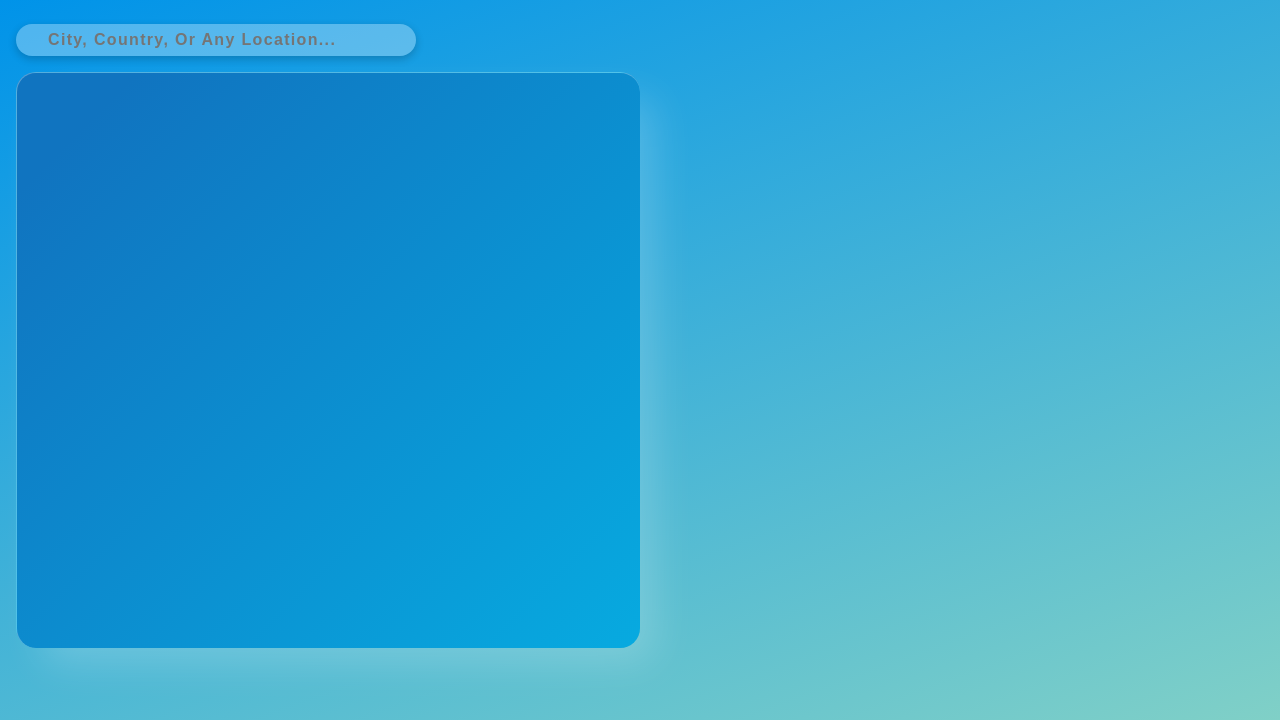
Repository: Haydenleung/weather-app-2024
Page: /
The author's editor kept a copy of each file at every save. The page is drawn from the files as they stood at one save, then again after the next save.
The browser window is 1280 px wide. The pictures show the whole page.
The project was rebuilt for these pictures with package versions that can differ from the ones it lists, and the page was loaded fresh each time. The framework's server and built-in components were replaced by stand-ins that run in the browser. Also part of the build but not shown: next.config.mjs.

Above is the page before, as saved 2024-02-09 09:27:51.

### src/pages/index.tsx
import Image from "next/image";
import { useState } from 'react';
import { parseString } from 'xml2js';

import Container from "@/components/Container";

export default function Home() {

  const [location, setLocation] = useState();

  var apiKey = "1166e5ad9804e768305a6f5ad6b1e21c"
  // var cityName = "london"
  var currentUrl = `https://api.openweathermap.org/data/2.5/weather?q=${location}&units=metric&appid=${apiKey}`;
  var currentUrlXML = `https://api.openweathermap.org/data/2.5/weather?q=${location}&mode=xml&appid=${apiKey}`;
  var forecasrUrl = `https://api.openweathermap.org/data/2.5/forecast?q=${location}&units=metric&appid=${apiKey}`;

  const [data, setData] = useState<IWeatherProps[]>([]);
  const [date, setDate] = useState<IDateProps[]>([]);
  const [fData, setFData] = useState<IForecastProps[]>([]);


  const GrabInfo = async () => {
    try {
      await fetch(currentUrl)
        .then((res) => {
          if (!res.ok) {
            throw new Error('404 Error');
          }
          return res.json();
        })
        .then((data) => {
          console.log([data]);
          setData([data]);
        });

      await fetch(currentUrlXML)
        .then((res) => {
          if (!res.ok) {
            throw new Error('404 Error');
          }
          return res.text();
        })
        .then((date) => {
          parseString(date, (err: any, result: any) => {
            if (err) {
              throw new Error('404 Error');
            }
            console.log([result]);
            setDate([result]);
          });
        });
      await fetch(forecasrUrl)
        .then((res) => {
          if (!res.ok) {
            throw new Error('404 Error');
          }
          return res.json()
        })
        .then((fData) => {
          console.log([fData]);
          setFData([fData]);
        })
    } catch (error) {
      setData([])
      setDate([])
      setFData([])
    }
  };

  const handleChange = (event: any) => {
    setLocation(event.target.value);
  };

  const onFormSubmit = (e: any) => {
    e.preventDefault();
    GrabInfo()
  }

  return (
    <main className={"container"} >
      <form onSubmit={onFormSubmit} className={"searchForm"}>
        <input type="text" onChange={handleChange} value={location} className={"search"} placeholder={"City, country, or any location..."} />
        <button type="submit" className={"button"} />
      </form>
      <Container data={data} date={date} fData={fData} location={location} />
    </main >
  );
}

### src/styles/globals.css
* {
  font-family: Arial, Helvetica, sans-serif;
  color: white;
}

*,
*:before,
*:after {
  box-sizing: border-box;
}

.container {
  background: #e0e9f0;
  width: 100%;
  height: 100%;
  position: absolute;
  top: 0;
  left: 0;
  padding: 0.5rem 0rem;
  display: flex;
  flex-direction: column;
  background-color: #0093E9;
  background-image: linear-gradient(160deg, #0093E9 0%, #80D0C7 100%);
}

.button {
  display: none;
}

.searchForm {
  width: 20rem;
  padding: 1rem 1rem 0 1rem;
}

.search {
  height: 2rem;
  min-width: 25rem;
  border-radius: 99rem;
  border: none;
  padding: 0.3rem 2rem;
  font-size: 12pt;
  font-weight: 600;
  letter-spacing: 1pt;
  box-shadow: 0px 3px 8px rgba(0, 0, 0, 0.2);
  color: rgb(137, 137, 137);
  text-transform: capitalize;
  outline: none;
  background: rgba(255, 255, 255, 0.3);
}

.search:hover {
  transform: translateY(-1px);
}

.weatherContainer {
  flex-grow: 1;
  padding: 1rem;
  display: flex;
  flex-direction: row;
  gap: 1rem;
}

.today {
  display: flex;
  flex-direction: column;
  width: 50%;
  justify-content: center;
  align-items: center;
  background: rgba(255, 255, 255, 0.3);
  padding: 3rem;
  border-radius: 20px;
  border-left: 1px solid rgba(255, 255, 255, 0.3);
  border-top: 1px solid rgba(255, 255, 255, 0.3);
  backdrop-filter: blur(10px);
  box-shadow: 20px 20px 40px -6px rgba(255, 255, 255, 0.2);
  text-align: center;
  position: relative;
  transition: all 0.2s ease-in-out;
  height: 80vh;
  background-image: linear-gradient(135deg, #1074c0 10%, #07aae0 100%);
}

.temp {
  font-size: 92pt;
  font-weight: 800;
  /* color: white */
}

.main {
  font-size: 32pt;
  font-weight: 600;
  /* color: white; */

}

.subToday {
  display: flex;
  flex-direction: column;
  justify-content: center;
  align-items: center;
}

.forecast {
  display: flex;
  flex-direction: column;
  width: 50%;
  justify-content: center;
  align-items: center;
  border-radius: 20px;
  text-align: center;
  position: relative;
  transition: all 0.2s ease-in-out;
  height: 80vh;
  min-height: 15rem;
  gap: 1rem;
  /* background-color: red; */
}

.subForecast {
  display: flex;
  flex-direction: row;
  width: 100%;
  background: rgba(255, 255, 255, 0.3);
  border-radius: 20px;
  border-left: 1px solid rgba(255, 255, 255, 0.3);
  border-top: 1px solid rgba(255, 255, 255, 0.3);
  backdrop-filter: blur(10px);
  box-shadow: 20px 20px 40px -6px rgba(0, 0, 0, 0.2);
  text-align: center;
  position: relative;
  transition: all 0.2s ease-in-out;
  flex-grow: 1;
}

### src/components/Container/index.tsx

import { useState, useEffect } from 'react';

export default function Container(
    props: { data: IWeatherProps[], date: IDateProps[], fData: IForecastProps[], location: any }
) {

    // const [currentTemp, setCurrentTemp] = useState<number>();
    // const [currentWind, setcurrentWind] = useState<number>();
    // const [currentDate, setcurrentDate] = useState<string>();
    // const [currentMain, setcurrentMain] = useState<string>();
    // const [forcastTemp, setForcastTemp] = useState<number[]>([]);

    const [currentDate, setcurrentDate] = useState<string>();


    const formatDate = (tempDate: string) => {
        tempDate = tempDate?.substring(0, tempDate.search("T"));
        var day = new Date(Date.parse(tempDate)).getDate() + 1;
        var month = new Date(Date.parse(tempDate)).toLocaleString('default', { month: 'long' });
        var year = new Date(Date.parse(tempDate)).getFullYear();
        return (month + " " + day + ", " + year)
    }

    const formatDate2 = (tempDate: string) => {
        var day = new Date(Date.parse(tempDate)).getDate();
        var month = new Date(Date.parse(tempDate)).toLocaleString('default', { month: 'short' });
        var year = new Date(Date.parse(tempDate)).getFullYear();
        return (month + " " + day + ", " + year)
    }

    useEffect(() => {
        // Find Date
        // props.date && props.date.map((item: IDateProps) => {
        //     var tempDate = item.current.lastupdate[0].$.value;
        //     tempDate = tempDate?.substring(0, tempDate.search("T"))
        //     setcurrentDate(tempDate)
        // })

        // // Find Current Weather
        // props.data && props.data.map((item: IWeatherProps) => {
        //     // setCurrentTemp(item.main.temp)
        //     // setcurrentWind(item.wind.speed)
        //     // item.weather && item.weather.map((single: IWeatherSingleProps) => {
        //     //     setcurrentMain(single.main)
        //     // })
        // })

        // setForcastTemp([])
        // props.fData && props.fData.map((item: IForecastProps) => {
        //     item.list && item.list.map((single: IForecastListProps) => {
        //         setForcastTemp([...forcastTemp, single.main.temp])
        //         console.log(forcastTemp)
        //         single.wind.speed
        //         single.dt_txt
        //         single.weather && single.weather.map((second: IForecastWeatherProps) => {
        //             { second.main }
        //         })
        //     })

        // })
    })


    return (
        <div className={"weatherContainer"}>
            <div className={"today"}>
                {
                    props.date && props.date.map((item: IDateProps, index: number) => {
                        return (
                            <div key={index} style={{ margin: '15px' }}>
                                {
                                    item.current.lastupdate && item.current.lastupdate.map((single: IDateExactProps, indexTwo: number) => {
                                        return (
                                            <div key={indexTwo} >
                                                {formatDate(single.$.value)}
                                            </div>
                                        )
                                    })
                                }
                            </div>
                        )
                    })
                }
                {
                    props.data && props.data.map((item: IWeatherProps, index: number) => {
                        return (
                            <div key={index} className={"subToday"}>
                                < div className={"temp"} > {item.main.temp.toFixed(1)}°C</div>
                                {
                                    item.weather && item.weather.map((single: IWeatherSingleProps, indexTwo: number) => {
                                        return (
                                            <div key={indexTwo} className={"main"}>
                                                {single.main}
                                            </div>
                                        )
                                    })
                                }
                                <div>{item.wind.speed} m/s</div>
                            </div>
                        )
                    })
                }
            </div >

            {
                props.fData && props.fData.map((item: IForecastProps, index: number) => {
                    return (
                        <div key={index} className={"forecast"}>
                            {
                                item.list && item.list.map((single: IForecastListProps, indexTwo: number) => {
                                    return (
                                        single.dt_txt.search("00:00:00") > 0 &&
                                        (<div key={indexTwo} className={"subForecast"}>
                                            {single.main.temp.toFixed(1)}<br />
                                            {single.wind.speed}<br />
                                            {formatDate2(single.dt_txt)}
                                            {
                                                single.weather && single.weather.map((second: IForecastWeatherProps, indexThree: number) => {
                                                    return (
                                                        <div key={indexThree} >
                                                            {second.main}
                                                            {second.description}
                                                        </div>
                                                    )
                                                })
                                            }
                                        </div>)
                                    )
                                })
                            }
                        </div>
                    )
                })
            }


        </div >
    )
}

Loaded but not shown: src/pages/_app.tsx (common file); src/pages/_document.tsx (common file)

After the next save:
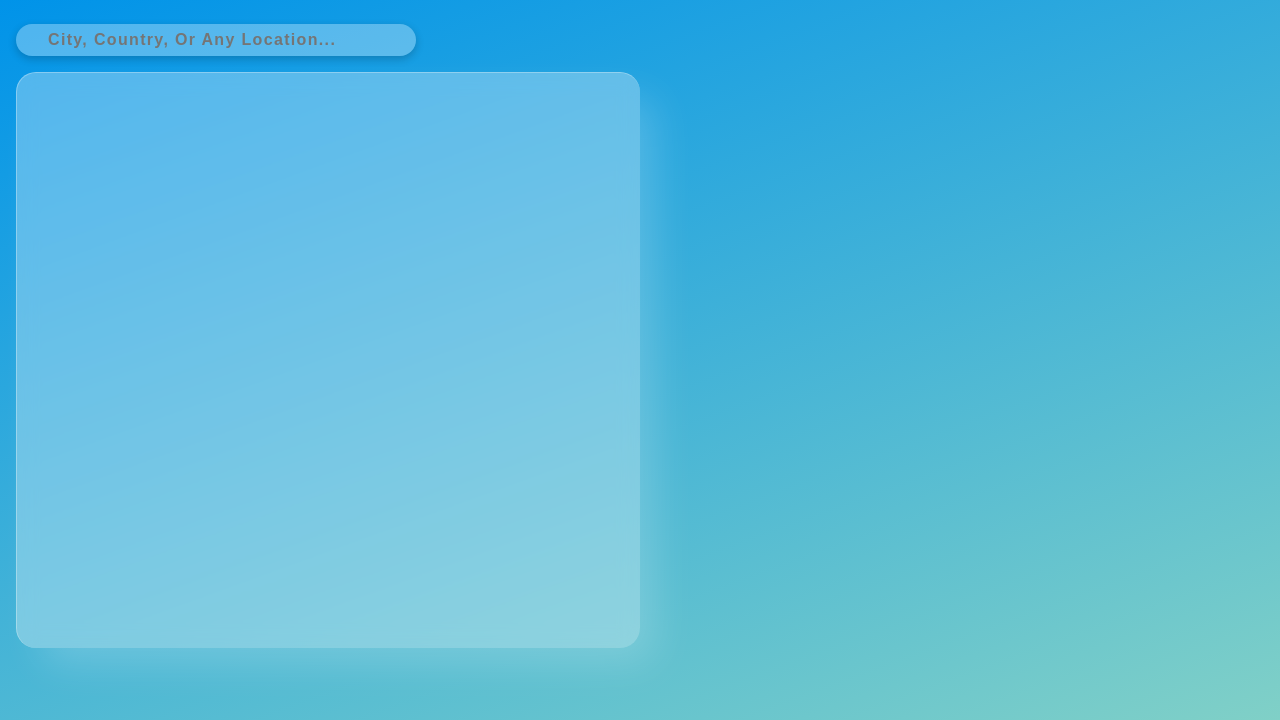
Saved 5 s later.
--- a/src/styles/globals.css
+++ b/src/styles/globals.css
@@ -77,7 +77,7 @@
   position: relative;
   transition: all 0.2s ease-in-out;
   height: 80vh;
-  background-image: linear-gradient(135deg, #1074c0 10%, #07aae0 100%);
+  /* background-image: linear-gradient(135deg, #1074c0 10%, #07aae0 100%); */
 }
 
 .temp {
